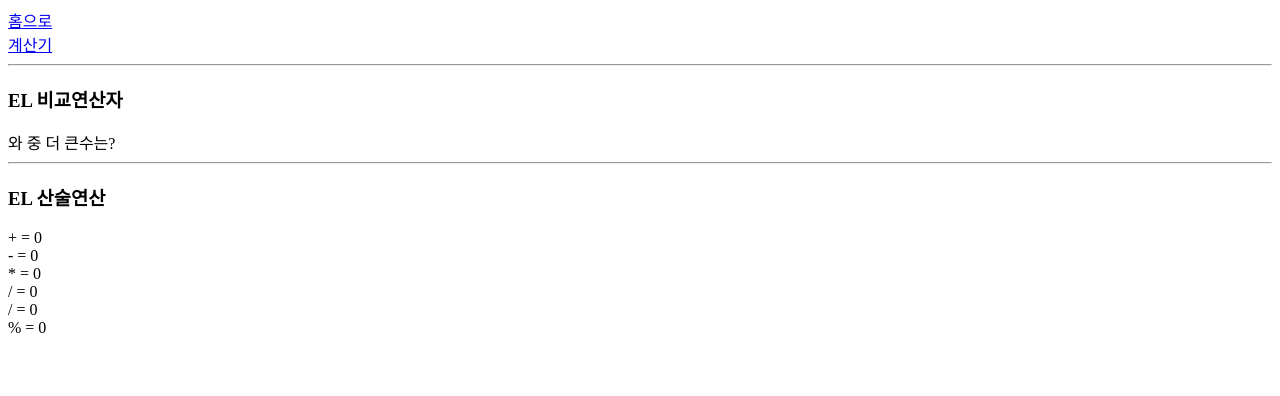
Repository: hyewoon/web
Page: http://localhost/servlet04/operator/calculator_result.jsp
These files come from the project's save history. The page is drawn as it stood at one moment and after the next save; the edit follows.
The browser window is 1280 px wide. The pictures show the whole page.
The page is served by Tomcat 9.

Above is the page before, as saved 2022-11-17 06:20:01.

After the next save:
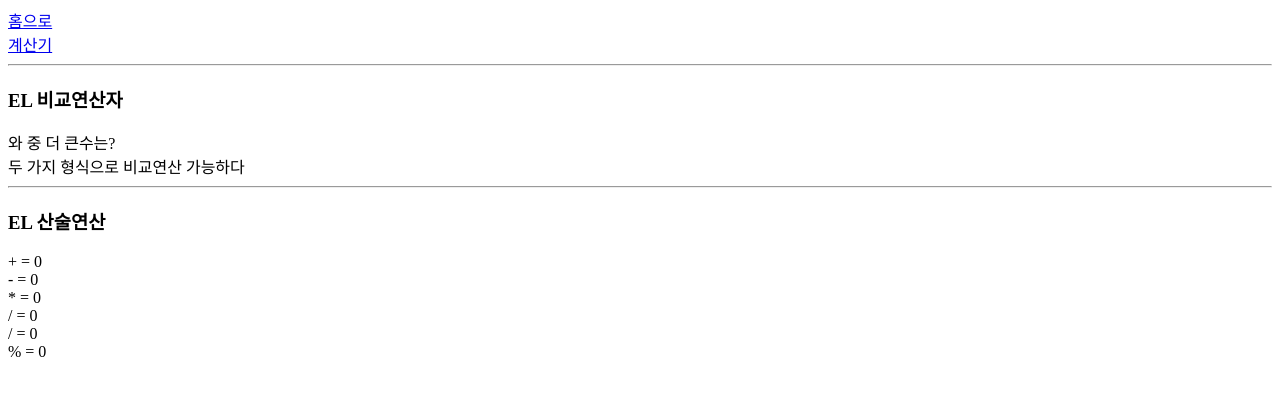
Saved 31 s later.
--- a/servlet04/src/main/webapp/operator/calculator_result.jsp
+++ b/servlet04/src/main/webapp/operator/calculator_result.jsp
@@ -11,13 +11,14 @@
 <div><a href ='calculator.jsp'>계산기</a></div>
 <hr>
 <h3>EL 비교연산자</h3>
-<div>${param.num1 }와 ${param.num2 } 중 더 큰수는?
+<div>${param.num1 }와 ${param.num2 } 중 더 큰수는? </div>
+<div> 두 가지 형식으로 비교연산 가능하다</div>
 	${param.num1 gt (param.num2-0) ? param.num1 : param.num2}
 	${param.num1 - param.num2 gt 0 ? param.num1 : param.num2}
 <!--파라미터로 보내진 데이터는 문자열이라서 2와 10비교하면 2가 더 크다 나온다
 	하지만, 산술연산자가 있으면 내부적으로 숫자라고 생각해서 연산
 -->
-</div>
+
 
 
 
